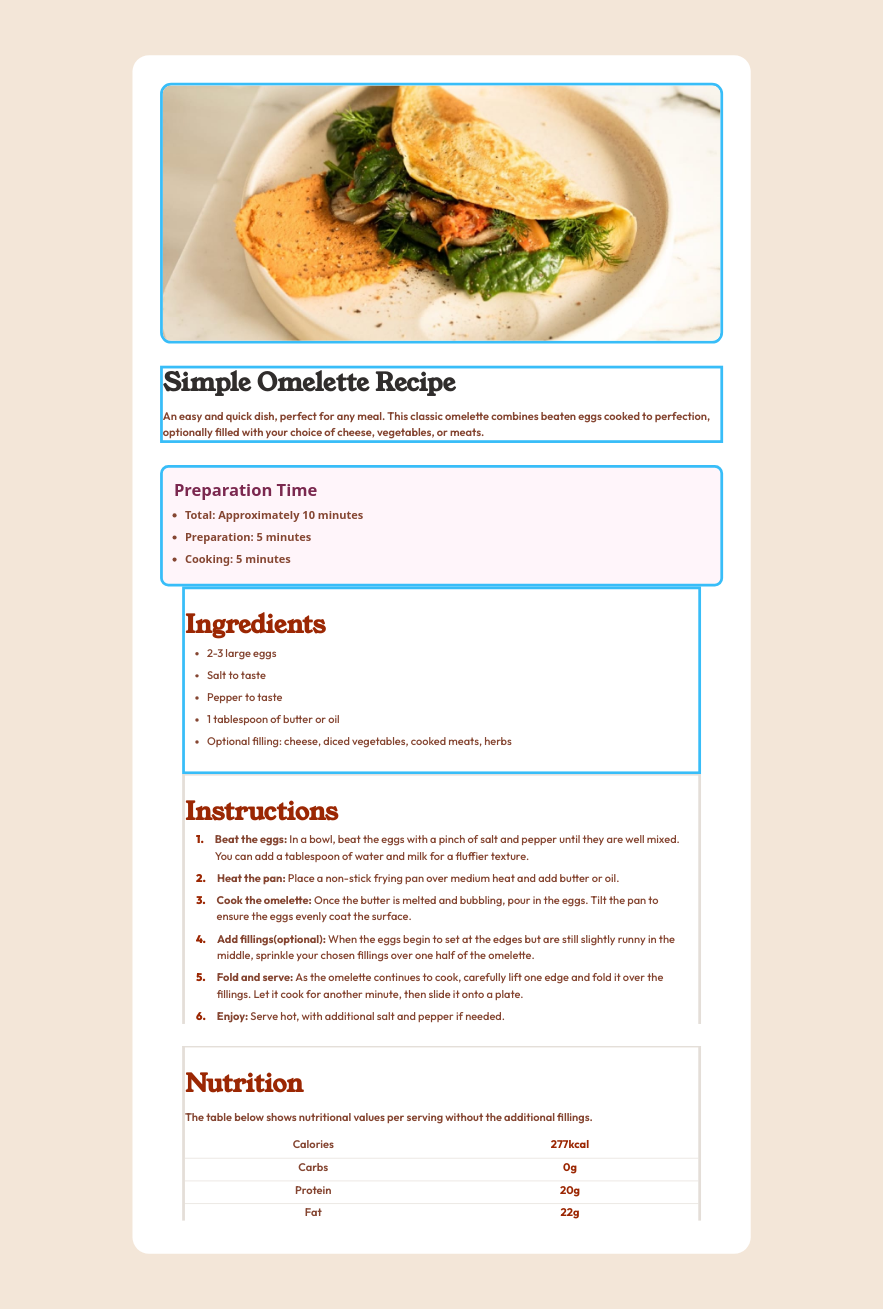
Repository: nivrii/recipe-page-main
Page: /
An editor plug-in stored every save of this project. The page is shown before and after the next save, followed by the edit.
The browser window is 1280 px wide. The pictures show the whole page, at 69% of full size.
The project was rebuilt for these pictures with package versions that can differ from the ones it lists, and the page was loaded fresh each time. Also part of the build but not shown: vite.config.js, src/index.css.

Above is the page before, as saved 2024-03-23 22:59:10.

After the next save:
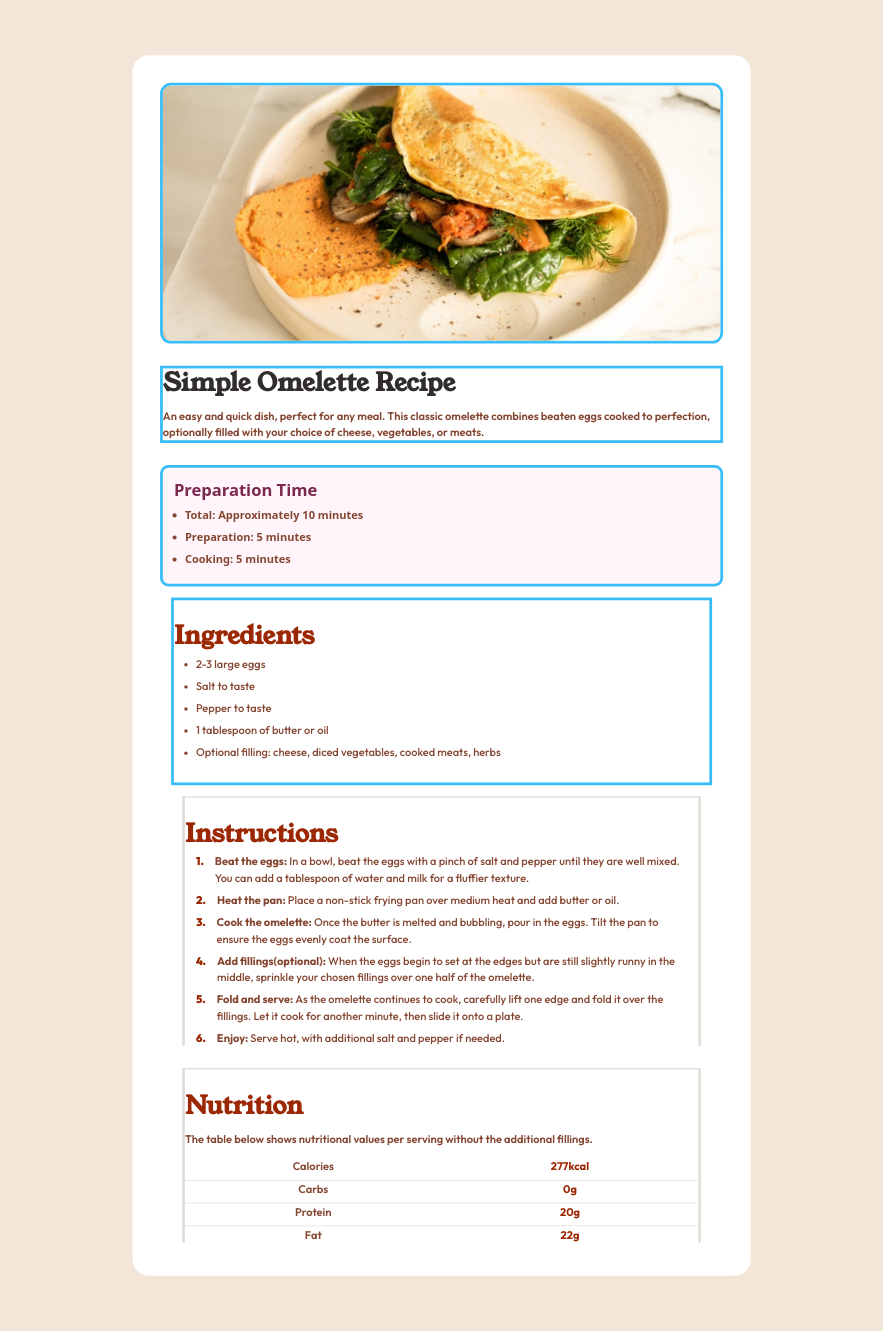
Saved 5 s later.
--- a/src/Ingredients.jsx
+++ b/src/Ingredients.jsx
@@ -1,6 +1,6 @@
 export function Ingredients() {
   return (
-    <div className="m-4 border-4 border-sky-400 md:my-0">
+    <div className="m-4 border-4 border-sky-400 md:mx-0">
       <h1 className="text-left text-nutmegLight text-4xl font-bold font-young mt-8">
         Ingredients
       </h1>
